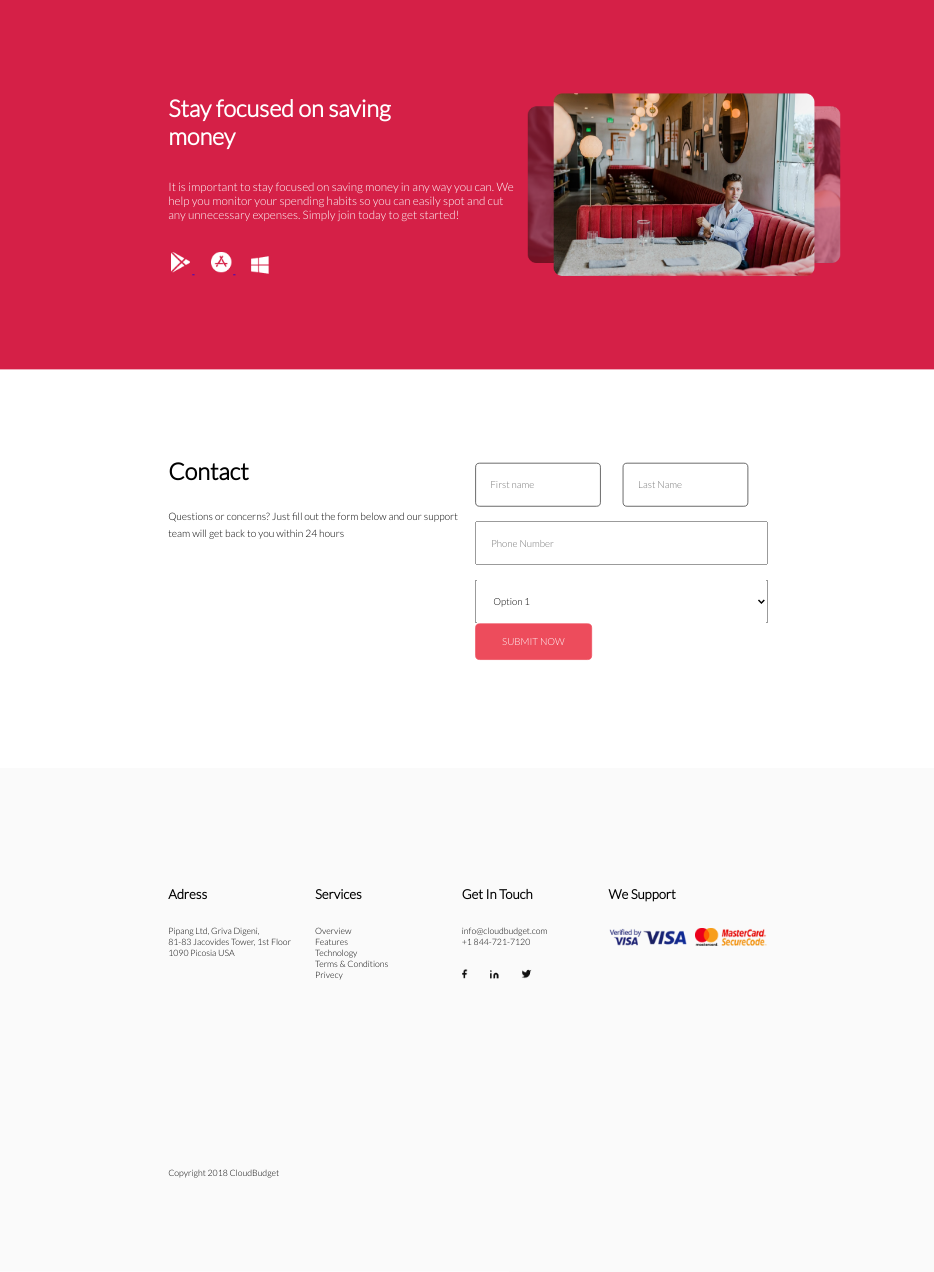
Repository: batonAnton/Cursor_lecture4
Page: index.html
The author's editor kept a copy of each file at every save. The page is drawn from the files as they stood at one save, then again after the next save.
The browser window is 1280 px wide. The pictures show the whole page, at 73% of full size.

Above is the page before, as saved 2022-06-09 17:00:12.

### index.html
<!DOCTYPE html>
<html lang="en">
<head>
    <meta charset="UTF-8">
    <meta http-equiv="X-UA-Compatible" content="IE=edge">
    <meta name="viewport" content="width=device-width, initial-scale=1.0">
    <title>CloudBudget Freebie</title>
    <link rel="preconnect" href="https://fonts.googleapis.com">
    <link rel="preconnect" href="https://fonts.gstatic.com" crossorigin>
    <link href="https://fonts.googleapis.com/css2?family=Lato:wght@300&display=swap" rel="stylesheet">
    <link rel="stylesheet" href="css/style.css">
</head>
<body>
    <div class="full-page">
    <header>
        <div class="info-box">
            <h1>Stay focused on saving <br> money</h1>
            <p>It is important to stay focused on saving money in any way you can. We <br> help you monitor your spending habits so you can easily spot and cut <br> any unnecessary expenses. Simply join today to get started!</p>

            <div class="link_source">
                <a href="https://play.google.com/store/games?hl=uk&gl=US">
                    <img src="/image/icon/google_play.png" alt="icon-google">
                </a>
                <a href="https://www.apple.com/ua/app-store/">
                    <img src="/image/icon/apstore.png" alt="icon-apstore">
                </a>
                <a href="https://www.microsoft.com/uk-ua/software-download/windows10">
                    <img src="/image/icon/windows.png" alt="icon-windows">
                </a>
            </div>
        </div>

        <div class="big_img"></div>
    </header>

    <section>
        <div class="info-box">
            <h1>Contact</h1>
            <p>Questions or concerns? Just fill out the form below and our support <br> team will get back to you within 24 hours</p>
        </div>

        <div class="input-fields">
            <form>
                <div>
                    <input type="text" id="fname" placeholder="First name" name="fname">
                    <input type="text" id="lname" placeholder="Last Name" name="lname">
                </div>

                <input type="number" name="" id="number" placeholder="Phone Number">
                <!-- <input list="standard-select" id="dropdown" placeholder="Select Services" name="service"> <br> -->
                <select id="standard-select" placeholder="Select Services">
                    <option value="Option 1">Option 1</option>
                    <option value="Option 2">Option 2</option>
                    <option value="Option 3">Option 3</option>
                    <option value="Option 4">Option 4</option>
                    <option value="Option 5">Option 5</option>
                  </select>
                <button>submit now</button>


              </form>
        </div>
    </section>

    <footer>
        <div class="all-block">
            <div class="adress-block">
                <h1>adress</h1>
                <p>
                    Pipang Ltd, Griva Digeni,<br>
                    81-83 Jacovides Tower, 1st Floor <br>
                    1090 Picosia USA
                </p>
            </div>

            <div class="services">
                <h1>services</h1>
                <a href="">overview</a>
                <a href="">features</a>
                <a href="">technology</a>
                <a href="">terms & conditions</a>
                <a href="">privecy</a>
            </div>

            <div class="link-social">
                <h1>Get in Touch</h1>
                <a href="">info@cloudbudget.com</a>
                <a href="">+1 844-721-7120</a>

                <div>
                    <a href="">
                        <img src="/image/footer/facebook.png" alt="facebook-link">
                    </a>

                    <a href="">
                        <img src="/image/footer/feather-linkedin.png" alt="linkdn">
                    </a>

                    <a href="">
                        <img src="/image/footer/tweeter.png" alt="tweeter-img">
                    </a>
                </div>
            </div>

            <div class="paymants">
                <h1>We Support</h1>
                <img src="/image/footer/secure-p-1 1.png" alt="img pay">
            </div>
        </div>
        <p class="copyright">Copyright 2018 CloudBudget</p>
    </footer>
    </div>
</body>
</html>

### css/style.css
* {
  font-family: "Lato", sans-serif;
  font-weight: 400;
  margin: 0px;
  padding: 0px;
  box-sizing: border-box;
}

.full-page{
  /* padding:0 5% 0 5%; */
}
h1 {
  font-weight: 600;
}

header {
  width: 100%;
  height: 20%;
  padding: 10%;
  color: #ffffff;
  display: inline-flex;
  background-color: #d52047;
}

.info-box {
  width: 80%;
  margin-left: 10%;
}

.info-box h1{
  font-size: 2rem;
}

.info-box p {
  margin: 40px 0;
  font-size 14px;
}

.link_source a {
  margin-left: -19px;
  padding: 0 20px;
}

.big_img {
  background-image: url("/image/Photo.png");
  width: 70%;
  background-repeat: no-repeat;
  background-position: center;
  background-size: contain;
}

/* Section */
section {
  color: #000000;
  display: inline-flex;
  padding: 10%;
  width: 100%;
}

section .info-box {
  width: 80%;
  color: #000000;
  line-height: 140%;
}

section .info-box h1 {
  font-weight: 600;
  font-size: 2rem;
}

section .info-box p{
  font-size: 14px;
}

#fname,
#lname {
  width: 39%;
  height: 60px;
  border: 1px solid #333333;
  border-radius: 6px;
}

.input-fields input, select {
  width: 80%;
  height: 60px;
  padding: 20px;
}



form div {
  display: inline-flex;
}
form input,
button {
  margin-left: 30px;
  margin-bottom: 20px;
  margin: 0px 30px 20px 0;
}

.input-fields {
  /* margin-right: 100px; */
}

button {
  background-color: #ed4c5c;
  color: #ffffff;
  width: 160px;
  height: 50px;
  border: 1.5px solid #ed4c5c;
  border-radius: 6px;
  text-transform: uppercase;
}

footer {
  background-color: #fafafa;
  margin: 0px auto 0px auto;
  font-size: 12px;
}

.all-block {
  display: inline-flex;
  padding: 10% 18%;
  width: 100%;
}


.all-block div {
  width: 30%;
}

footer h1 {
  font-style: normal;
  font-weight: 700;
  line-height: 22px;
  text-transform: capitalize;
  margin-bottom: 33px;
  margin-top: 33px;
  font-size: 18px;
}

.services a,
.link-social a {
  display: grid;
  text-decoration: none;
  color: #000000;
}

.services a {
  text-transform: capitalize;
}

.link-social div {
  display: inline-flex;
}

.link-social div a {
  margin: 30px 30px 0px 0px;
}

.copyright{
  padding: 10% 18%;
}

 .option{
  width: 100%;
}

After the next save:
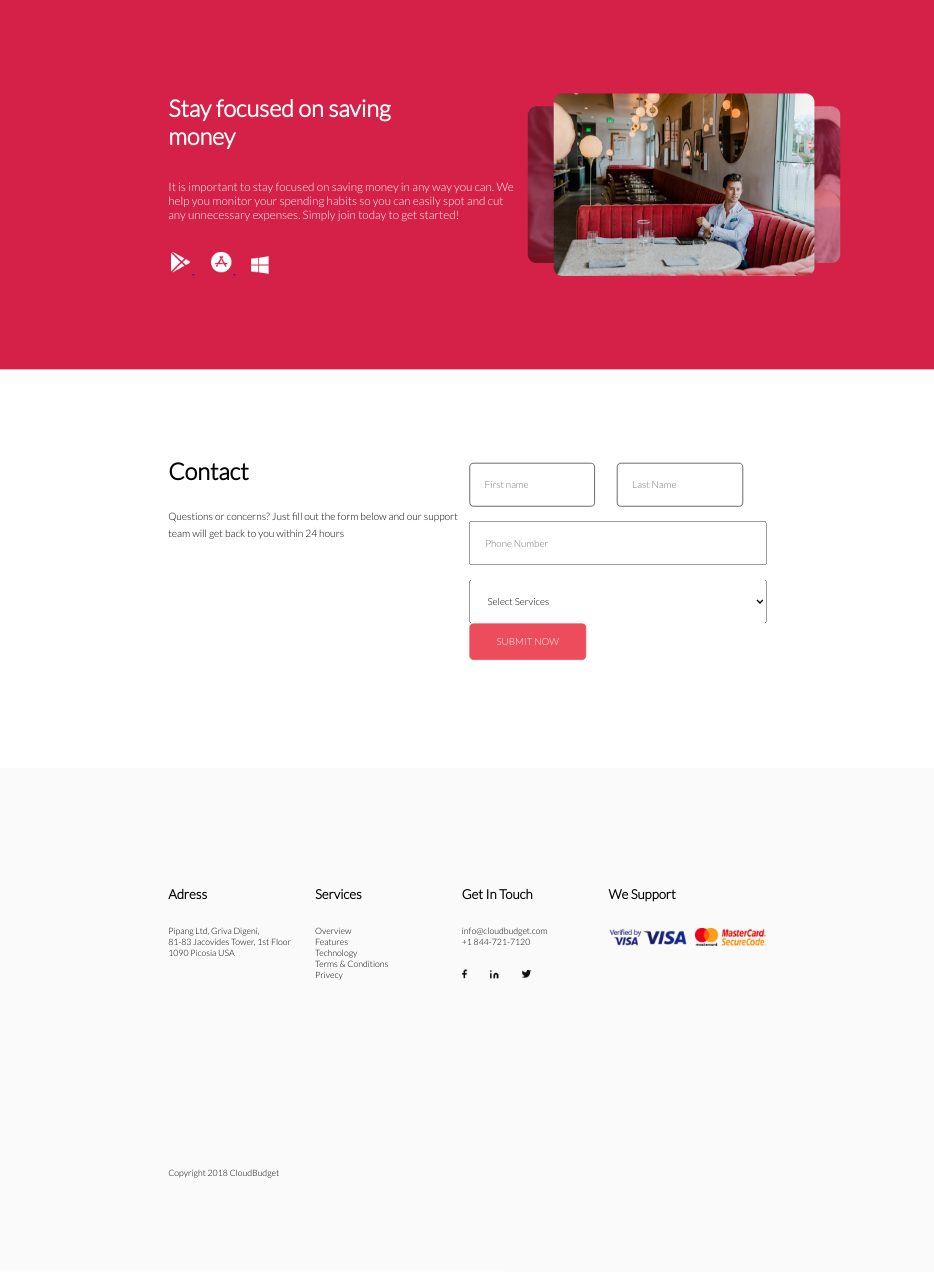
Saved 115 s later.
--- a/index.html
+++ b/index.html
@@ -49,6 +49,7 @@
                 <input type="number" name="" id="number" placeholder="Phone Number">
                 <!-- <input list="standard-select" id="dropdown" placeholder="Select Services" name="service"> <br> -->
                 <select id="standard-select" placeholder="Select Services">
+                    <option value="">Select Services</option>
                     <option value="Option 1">Option 1</option>
                     <option value="Option 2">Option 2</option>
                     <option value="Option 3">Option 3</option>
